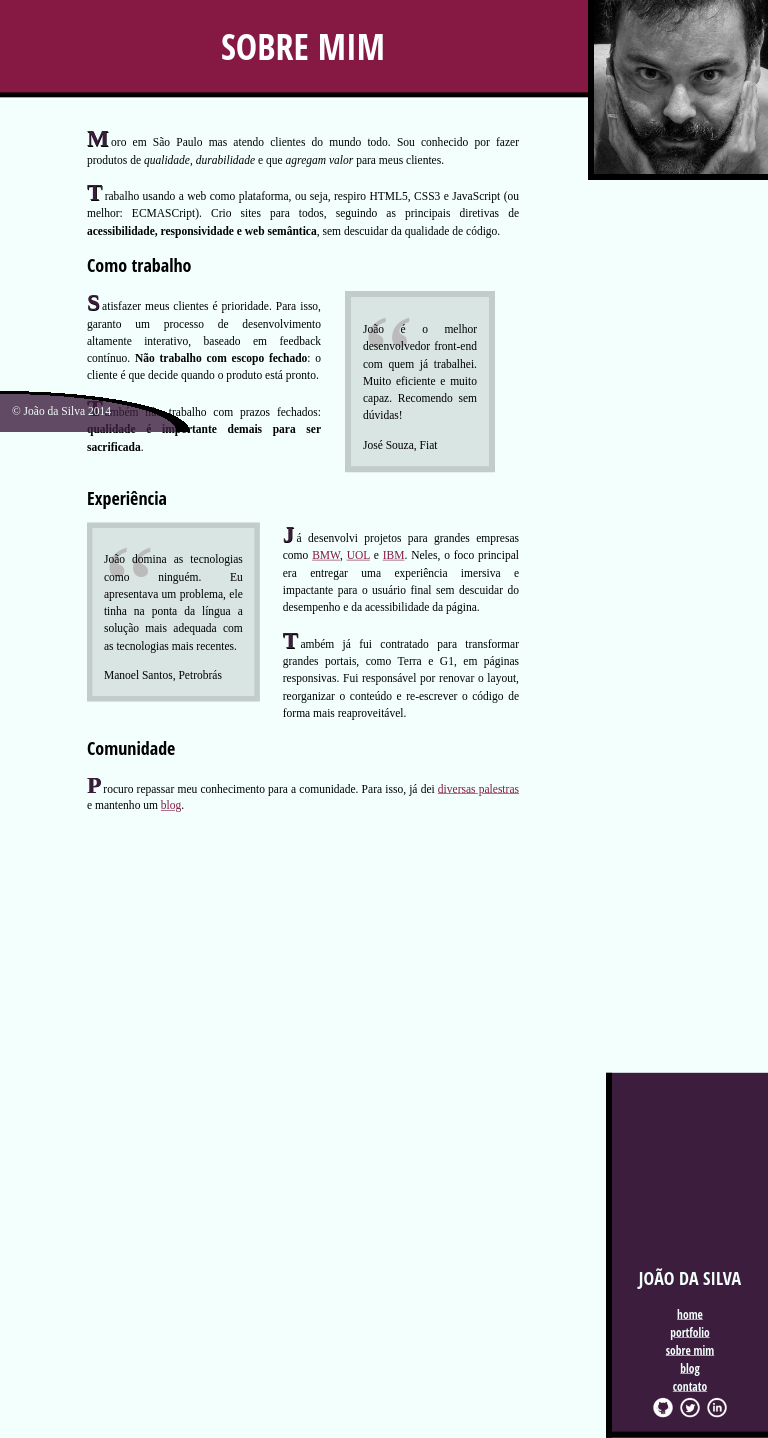
Repository: MichelMiola/html5Css3Avancado
Page: projeto/bio.html
An editor plug-in stored every save of this project. The page is shown before and after the next save, followed by the edit.
The browser window is 1280 px wide. The pictures show the whole page, at 60% of full size.
Some web fonts or font styles are not loaded; a fallback is used.

Above is the page before, as saved 2015-03-25 15:24:45.

After the next save:
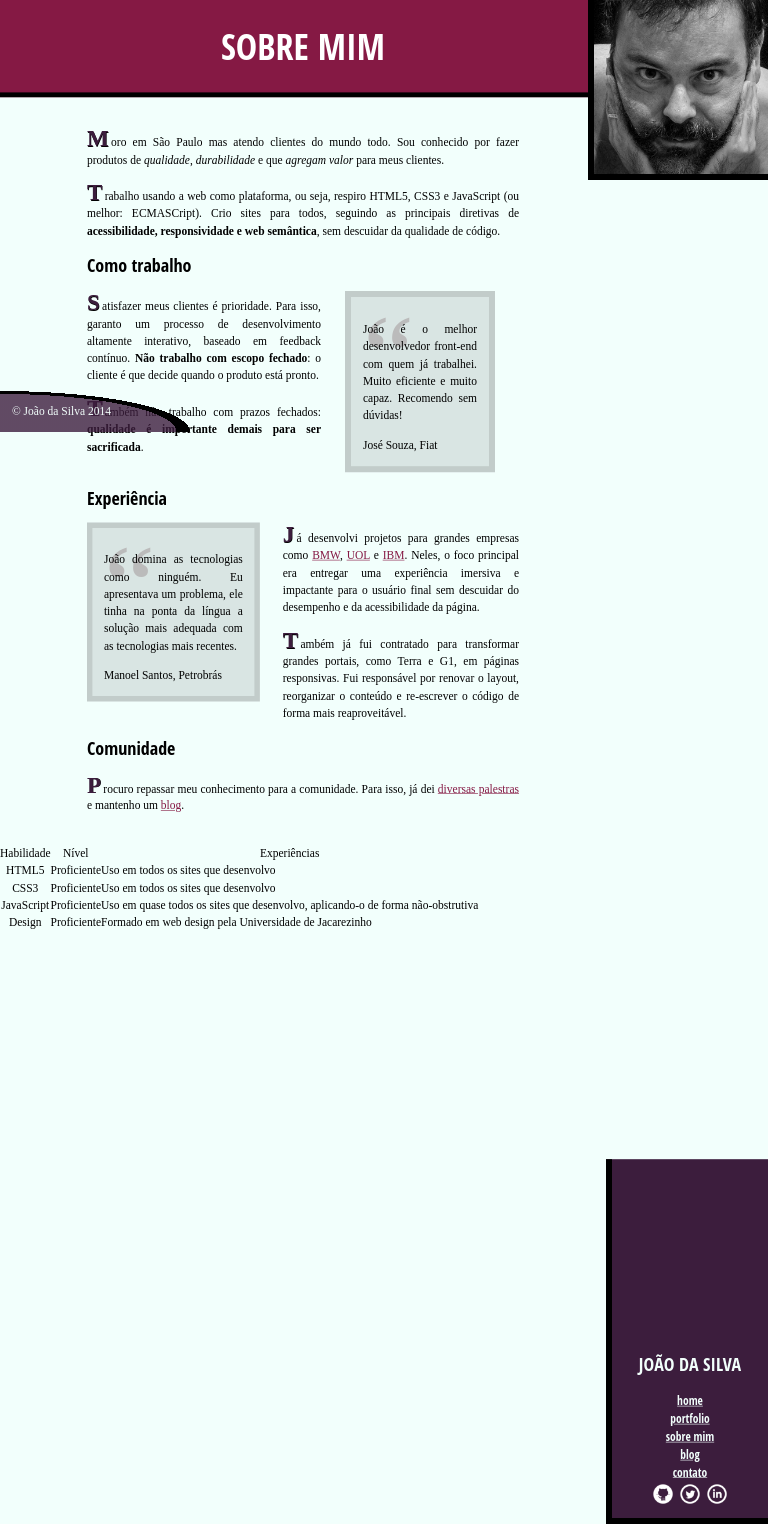
Saved 16 min 15 s later.
--- a/projeto/bio.html
+++ b/projeto/bio.html
@@ -33,6 +33,39 @@
             <h2 class="subtitulo-texto">Comunidade</h2>
             <p>Procuro repassar meu conhecimento para a comunidade. Para isso, já dei <a href="portfolio.html">diversas palestras</a> e mantenho um <a href="blog.html">blog</a>.</p>
         </div>
+
+        <table class="habilidades">
+		  <thead>
+		    <tr>
+		      <th>Habilidade</th>
+		      <th>Nível</th>
+		      <th>Experiências</th>
+		    </tr>
+		  </thead>
+		  <tbody>
+		    <tr>
+		      <th>HTML5</th>
+		      <td>Proficiente</td>
+		      <td>Uso em todos os sites que desenvolvo</td>
+		    </tr>
+		    <tr>
+		      <th>CSS3</th>
+		      <td>Proficiente</td>
+		      <td>Uso em todos os sites que desenvolvo</td>
+		    </tr>
+		    <tr>
+		      <th>JavaScript</th>
+		      <td>Proficiente</td>
+		      <td>Uso em quase todos os sites que desenvolvo, aplicando-o de forma não-obstrutiva</td>
+		    </tr>
+		    <tr>
+		      <th>Design</th>
+		      <td>Proficiente</td>
+		      <td>Formado em web design pela Universidade de Jacarezinho</td>
+		    </tr>
+		  </tbody>
+		</table>
+
     </main>
     <img src="imagens/eu.jpg" alt="Minha foto" class="minha-foto">
     <aside class="navegacao-site">
